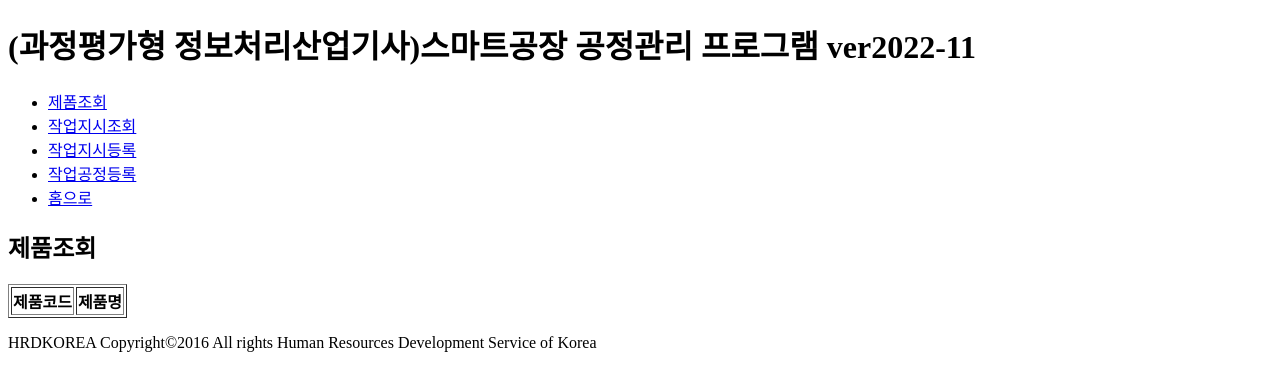
Repository: anakyn01/exam
Page: http://localhost/smart_5/sub1.jsp
An editor plug-in stored every save of this project. The page is shown before and after the next save, followed by the edit.
The browser window is 1280 px wide. The pictures show the whole page.
The page is served by Tomcat 9. Other server files are loaded and not shown.

Above is the page before, as saved 2025-01-06 07:04:55.

### smart_5/src/main/webapp/sub1.jsp
<%@ page language="java" contentType="text/html; charset=UTF-8"
    pageEncoding="UTF-8"%>
<jsp:include page="include/header.jsp"/>

<section>
<h2>제품조회</h2>
<table border=1>
<tr>
<th>제품코드</th>
<th>제품명</th>
</tr>
</table>
</section>

<jsp:include page="include/footer.jsp"/>

### smart_5/src/main/webapp/include/header.jsp
<%@ page language="java" contentType="text/html; charset=UTF-8"
    pageEncoding="UTF-8"%>
<!DOCTYPE html>
<html>
<head>
<meta charset="UTF-8">
<title>스마트 공정관리 프로그램</title>
<link rel="stylesheet" href="css/style.css"/>
</head>
<body>
<header>
<h1>(과정평가형 정보처리산업기사)스마트공장 공정관리 프로그램 ver2022-11</h1>
</header>
<nav>
<ul>
<li><a href="sub1.jsp">제폼조회</a></li>
<li><a href="sub2.jsp">작업지시조회</a></li>
<li><a href="sub3.jsp">작업지시등록</a></li>
<li><a href="sub4.jsp">작업공정등록</a></li>
<li><a href="index.jsp">홈으로</a></li>
</ul>
</nav>

### smart_5/src/main/webapp/include/footer.jsp
<%@ page language="java" contentType="text/html; charset=UTF-8"
    pageEncoding="UTF-8"%>
<footer>
<p>HRDKOREA Copyright&copy;2016 All rights Human Resources Development Service of Korea</p>
</footer>
</body>
</html>

Loaded but not shown: smart_5/src/main/webapp/css/style.css (common file)

After the next save:
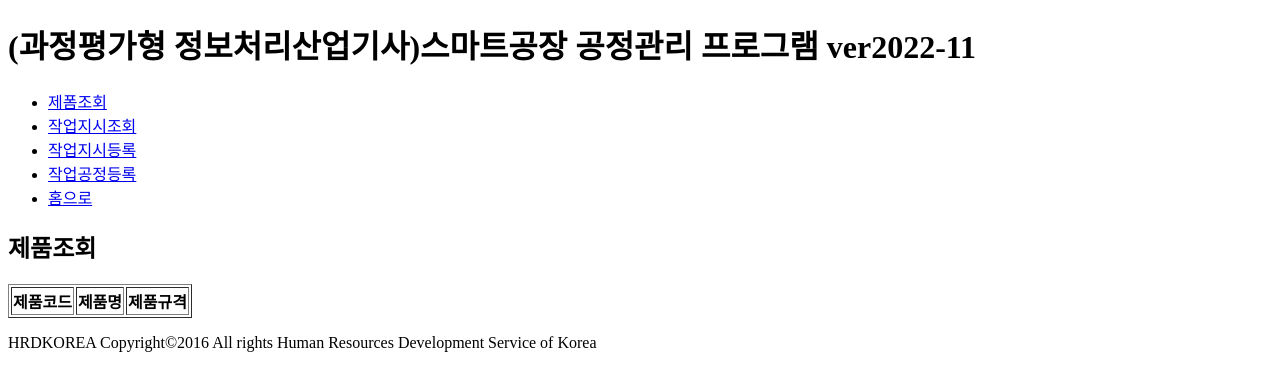
Saved 8 s later.
--- a/smart_5/src/main/webapp/sub1.jsp
+++ b/smart_5/src/main/webapp/sub1.jsp
@@ -8,6 +8,7 @@
 <tr>
 <th>제품코드</th>
 <th>제품명</th>
+<th>제품규격</th>
 </tr>
 </table>
 </section>
